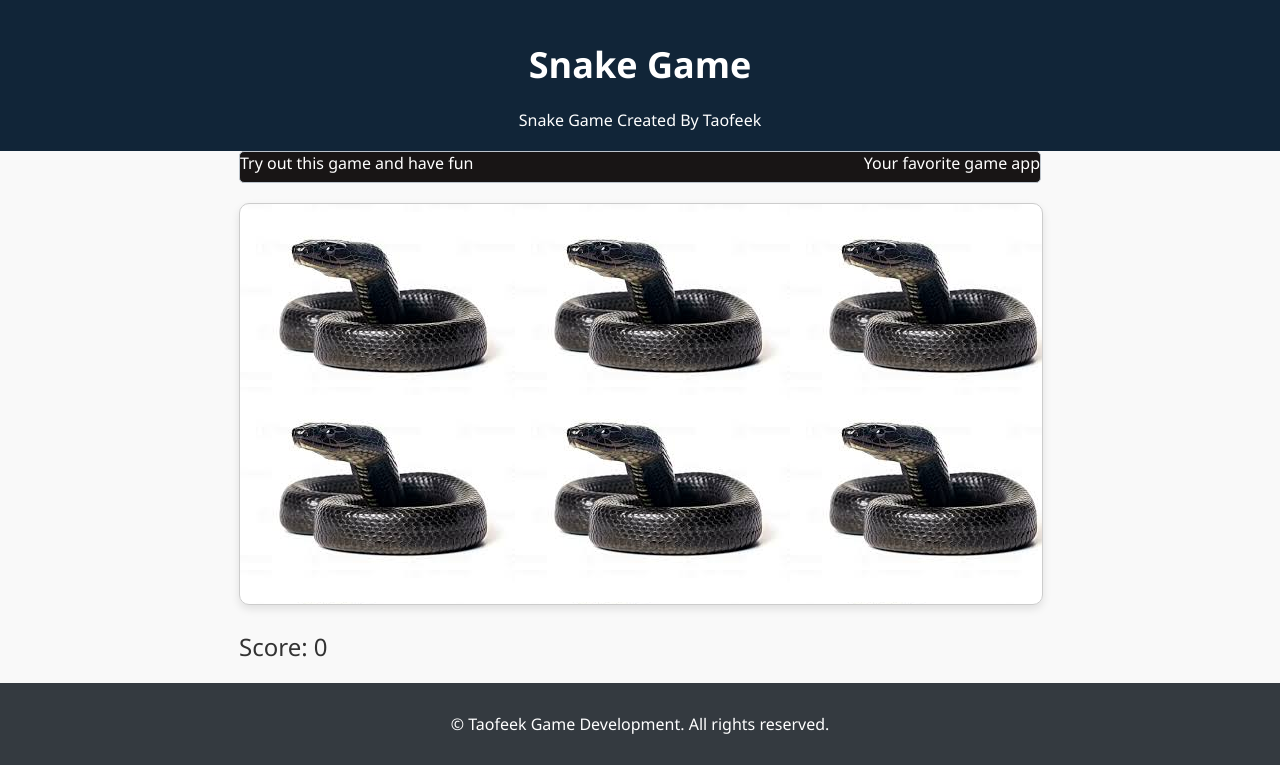
Repository: Taofeekolusola/Landing-page
Page: index.html
An editor plug-in stored every save of this project. The page is shown before and after the next save, followed by the edit.
The browser window is 1280 px wide. The pictures show the whole page.

Above is the page before, as saved 2024-05-06 21:59:59.
Not found: script.js

### index.html
<!DOCTYPE html>
<html lang="en">
<head>
    <meta charset="UTF-8">
    <meta name="viewport" content="width=device-width, initial-scale=1.0">
    <title>Snake Game</title>
    <link rel="stylesheet" href="styles.css">
</head>
<body>
    <header>
        <div class="container">
            <h1>Snake Game</h1>
        </div>
        <div class="name">Snake Game Created By Taofeek</div>
    </header>
    <main>
        <div>
            <div class="text">Try out this game and have fun<span class="left">Your favorite game app</span></span></div>
            <canvas class="snake"></canvas>
            <div id="score">Score: 0</div>
        </div>
    </main>
    <footer>
        <div class="container">
            <p>&copy; Taofeek Game Development. All rights reserved.</p>
        </div>
    </footer>
    <script src="script.js"></script>
</body>
</html>

### styles.css
body {
    font-family: 'Segoe UI', Tahoma, Geneva, Verdana, sans-serif;
    margin: 0;
    padding: 0;
    display: flex;
    flex-direction: column;
    min-height: 100vh;
    background-color: #f9f9f9;
}

.container {
    width: 80%;
    max-width: 800px;
    margin: 0 auto;
    padding: 20px;
}

header {
    background-color: #112538;
    color: #fff;
    text-align: center;
    padding: 20px 0;
}

header h1 {
    font-size: 36px;
    margin: 0;
}

.snake {
    height: 400px;
    width: 100%;
    margin-top: 20px;
    background-image: url('image.jpg');
}

.text {
    margin-: 10px;
    border: 1px solid #bcc4cc;
    background-color: #181515;
    color: #FFFFFF;
    height: 30px;
    border-radius: 5px;
}

.left {
    float: right;
}

main {
    flex-grow: 1;
    display: flex;
    justify-content: center;
    align-items: center;
}

canvas {
    border: 1px solid #ccc;
    border-radius: 10px;
    box-shadow: 0 4px 8px rgba(0, 0, 0, 0.1);
}

#score {
    margin-top: 20px;
    font-size: 24px;
    color: #333;
}

footer {
    background-color: #343a40;
    color: #fff;
    text-align: center;
    padding: 10px 0;
    margin-top: 20px;
}

footer p {
    margin: 0;
}

After the next save:
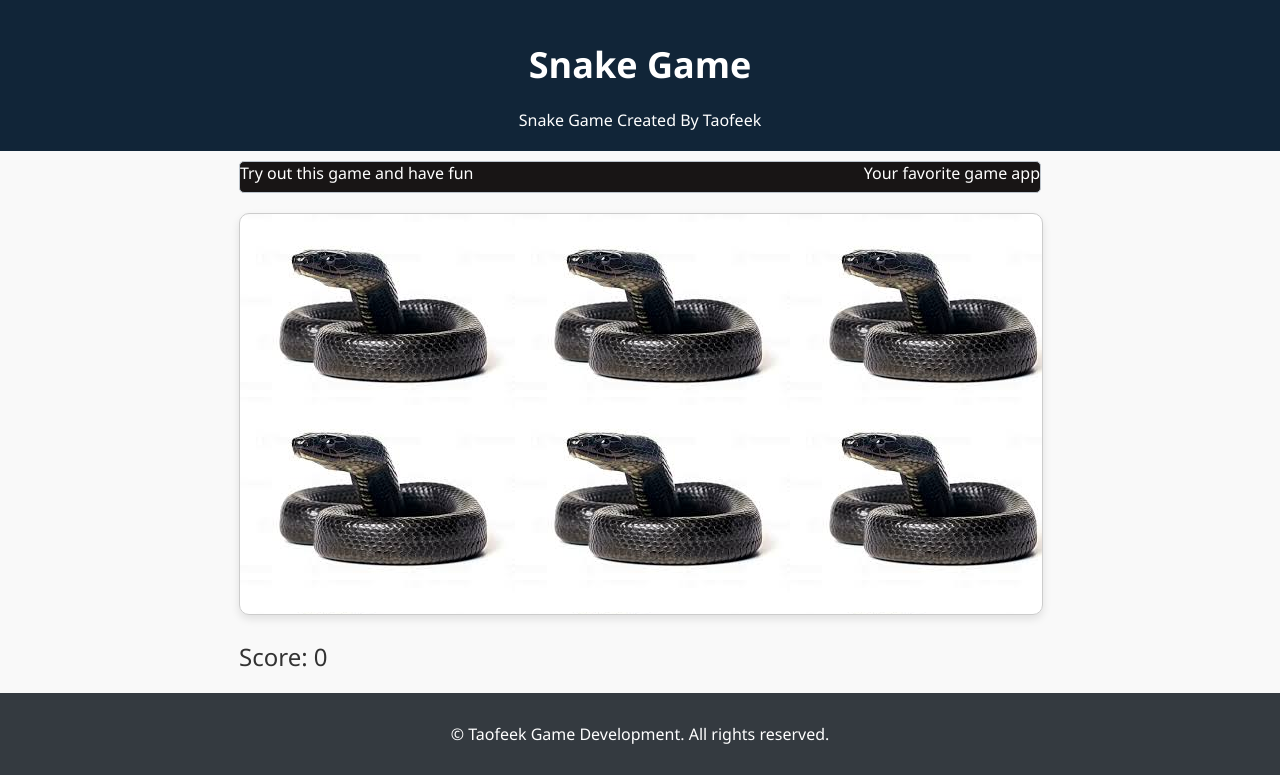
Saved 4 s later.
--- a/styles.css
+++ b/styles.css
@@ -35,7 +35,7 @@ header h1 {
 }
 
 .text {
-    margin-: 10px;
+    margin-top: 10px;
     border: 1px solid #bcc4cc;
     background-color: #181515;
     color: #FFFFFF;
